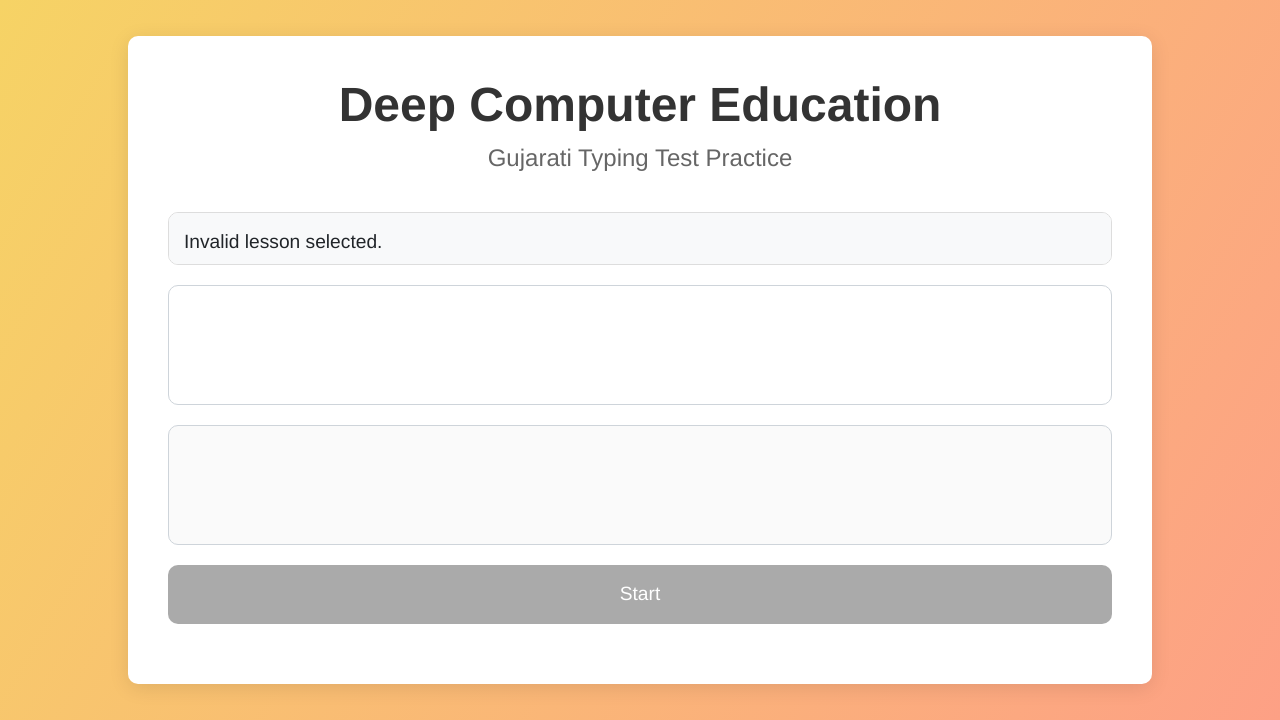
Repository: ssj27072002/Gujarati-typing-test
Page: typingGame/typingTest.html
The author's editor kept a copy of each file at every save. The page is drawn from the files as they stood at one save, then again after the next save.
The browser window is 1280 px wide. The pictures show the whole page.

Above is the page before, as saved 2024-06-25 14:40:21.

After the next save:
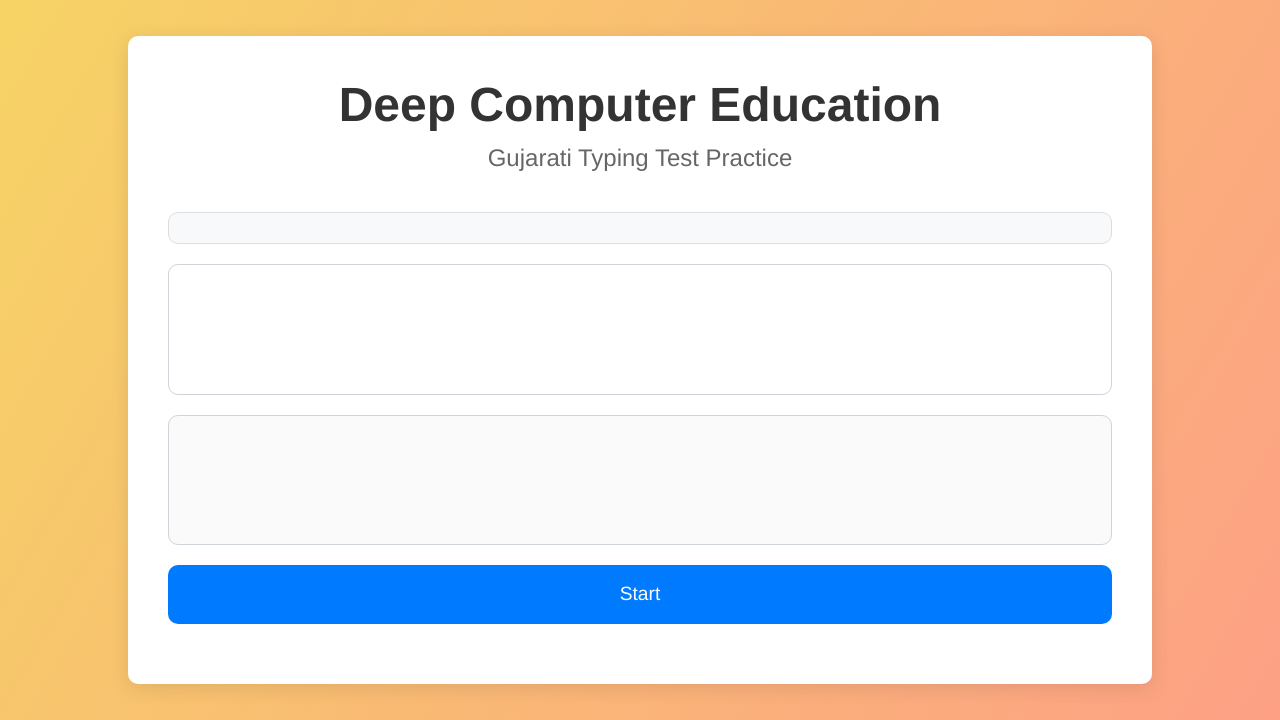
Console error: SyntaxError: Unexpected token ':'
Saved 4 s later.
--- a/typingGame/js/index.js
+++ b/typingGame/js/index.js
@@ -33,7 +33,7 @@
         3: `બકમા વછીસ બકમા વછીસ બકમા વછીસ બકમા વછીસ બકમા વછીસ`,
         4: `સરસ સહજ સત્ય સાવચેતી, સાવકે સજળ સરોવર સહનશે.`,
         5: `પ્રેમાનંદ ભટ્ટ મધ્યકાલીન ગુજરાતી કવિ હતા. તેઓ પોતાની અખૈયા રચનાઓ માટે જાણીતા છે. પ્રેમાનંદ માણભટ્ટની પરંપરાનાં કવિ મનાય છે.`,
-        1: `ક ખ ગ ઘ ઙ ચ છ જ ઝ ઞ ટ ઠ ડ ઢ ણ ત થ દ ધ ન પ ફ બ ભ મ ય ર લ વ શ ષ સ હ ળ ક્ષ જ્ઞ`,
+        : `ક ખ ગ ઘ ઙ ચ છ જ ઝ ઞ ટ ઠ ડ ઢ ણ ત થ દ ધ ન પ ફ બ ભ મ ય ર લ વ શ ષ સ હ ળ ક્ષ જ્ઞ`,
         3: `બકમા વછીસ બકમા વછીસ બકમા વછીસ બકમા વછીસ બકમા વછીસ`,
         4: `સરસ સહજ સત્ય સાવચેતી, સાવકે સજળ સરોવર સહનશે.`,
         5: `પ્રેમાનંદ ભટ્ટ મધ્યકાલીન ગુજરાતી કવિ હતા. તેઓ પોતાની અખૈયા રચનાઓ માટે જાણીતા છે. પ્રેમાનંદ માણભટ્ટની પરંપરાનાં કવિ મનાય છે.`

After the save that followed:
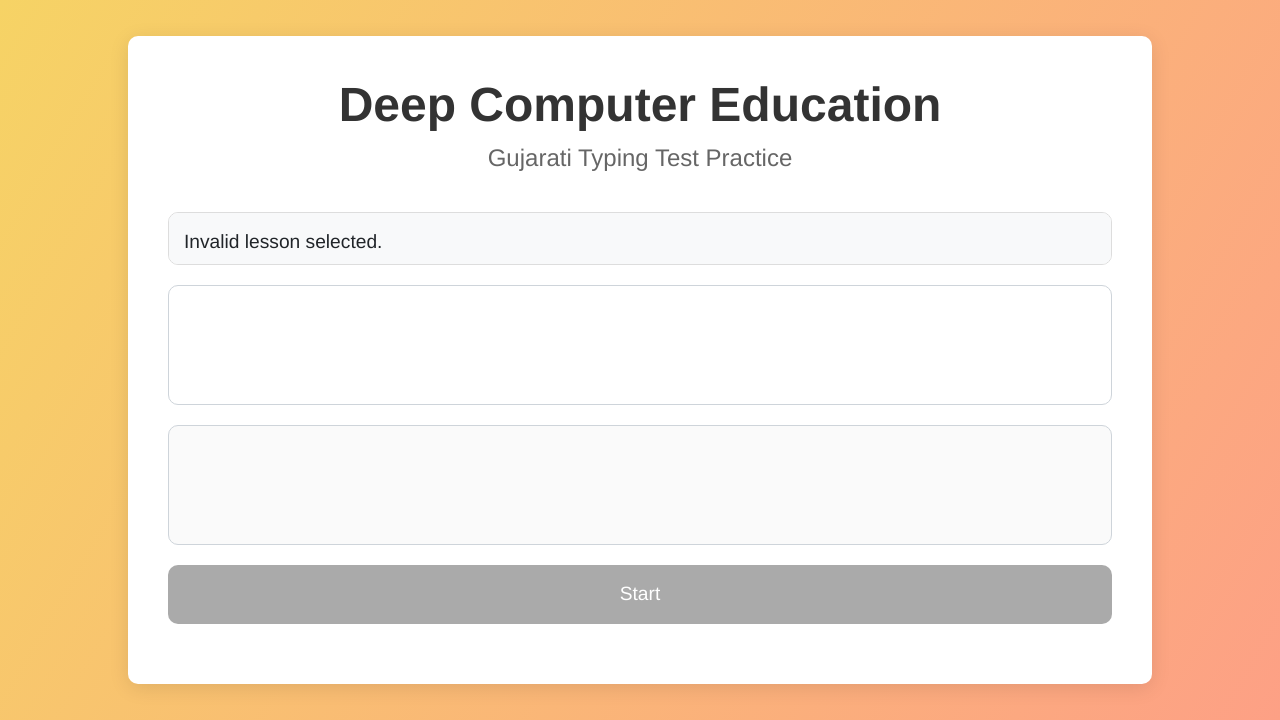
The error is gone.
Saved 4 s later.
--- a/typingGame/js/index.js
+++ b/typingGame/js/index.js
@@ -33,10 +33,10 @@
         3: `બકમા વછીસ બકમા વછીસ બકમા વછીસ બકમા વછીસ બકમા વછીસ`,
         4: `સરસ સહજ સત્ય સાવચેતી, સાવકે સજળ સરોવર સહનશે.`,
         5: `પ્રેમાનંદ ભટ્ટ મધ્યકાલીન ગુજરાતી કવિ હતા. તેઓ પોતાની અખૈયા રચનાઓ માટે જાણીતા છે. પ્રેમાનંદ માણભટ્ટની પરંપરાનાં કવિ મનાય છે.`,
-        : `ક ખ ગ ઘ ઙ ચ છ જ ઝ ઞ ટ ઠ ડ ઢ ણ ત થ દ ધ ન પ ફ બ ભ મ ય ર લ વ શ ષ સ હ ળ ક્ષ જ્ઞ`,
-        3: `બકમા વછીસ બકમા વછીસ બકમા વછીસ બકમા વછીસ બકમા વછીસ`,
-        4: `સરસ સહજ સત્ય સાવચેતી, સાવકે સજળ સરોવર સહનશે.`,
-        5: `પ્રેમાનંદ ભટ્ટ મધ્યકાલીન ગુજરાતી કવિ હતા. તેઓ પોતાની અખૈયા રચનાઓ માટે જાણીતા છે. પ્રેમાનંદ માણભટ્ટની પરંપરાનાં કવિ મનાય છે.`
+        6: `ક ખ ગ ઘ ઙ ચ છ જ ઝ ઞ ટ ઠ ડ ઢ ણ ત થ દ ધ ન પ ફ બ ભ મ ય ર લ વ શ ષ સ હ ળ ક્ષ જ્ઞ`,
+        7: `બકમા વછીસ બકમા વછીસ બકમા વછીસ બકમા વછીસ બકમા વછીસ`,
+        8: `સરસ સહજ સત્ય સાવચેતી, સાવકે સજળ સરોવર સહનશે.`,
+        9: `પ્રેમાનંદ ભટ્ટ મધ્યકાલીન ગુજરાતી કવિ હતા. તેઓ પોતાની અખૈયા રચનાઓ માટે જાણીતા છે. પ્રેમાનંદ માણભટ્ટની પરંપરાનાં કવિ મનાય છે.`
         // Add more lessons here
     };
 
